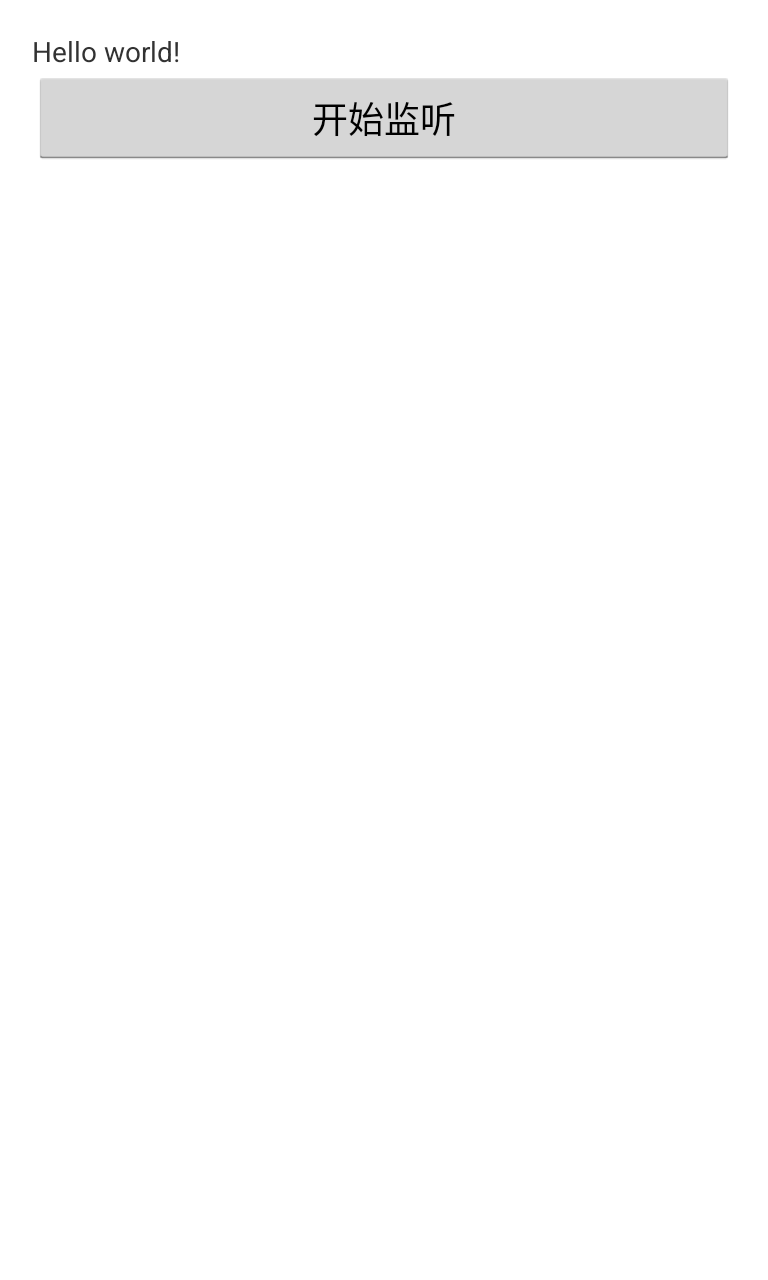
Repository: xfhy/Usually-learn-Android
Layout: Service 服务/2.电话监听器/res/layout/activity_main.xml
The author's editor kept a copy of each file at every save. The layout is drawn from the files as they stood at one save, then again after the next save.
It is drawn on a 768 x 1280 px phone screen (xhdpi) without system bars, with theme AppTheme; the app's code is not run.

Above is the layout before, as saved 2017-01-29 09:55:55.

After the next save:
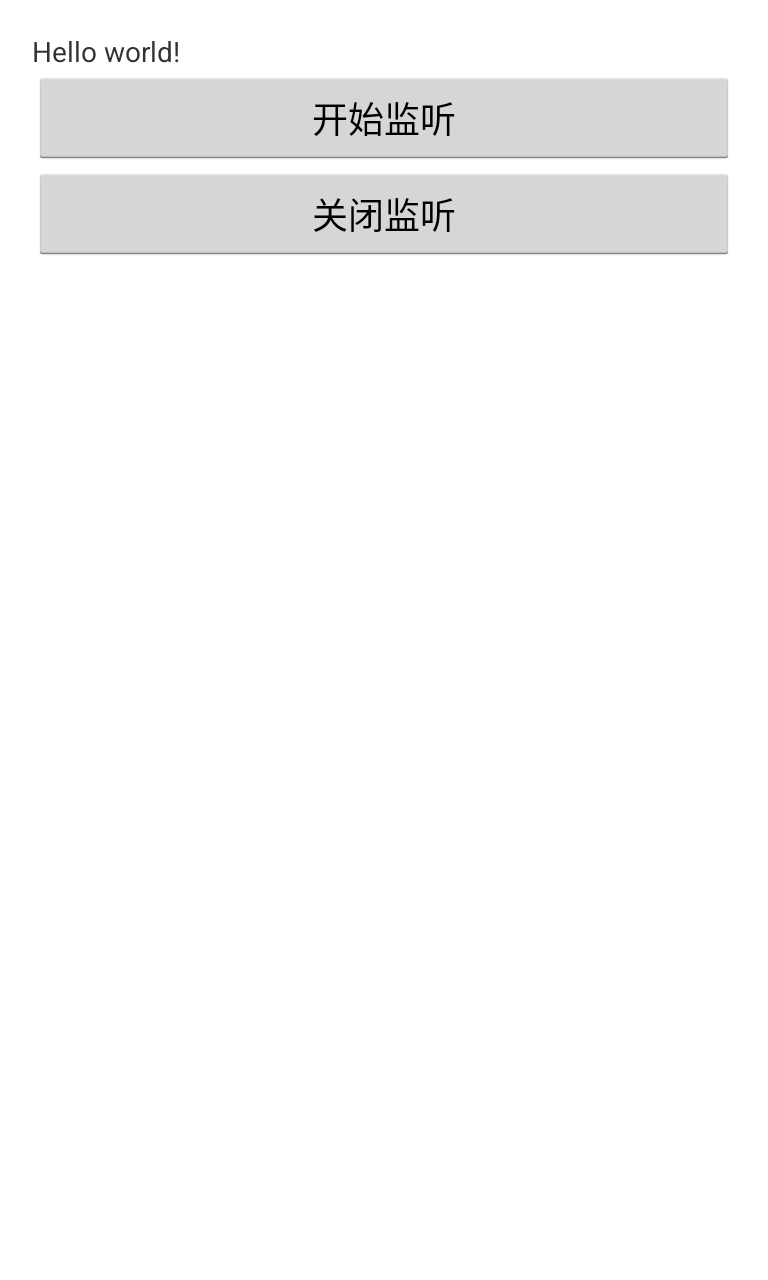
Saved 9 min 2 s later.
--- a/Service 服务/2.电话监听器/res/layout/activity_main.xml
+++ b/Service 服务/2.电话监听器/res/layout/activity_main.xml
@@ -20,4 +20,10 @@
         android:layout_height="wrap_content"
         android:text="开始监听"/>
 
+    <Button
+        android:id="@+id/bt_stop"
+        android:layout_width="fill_parent"
+        android:layout_height="wrap_content"
+        android:text="关闭监听"/>
+
 </LinearLayout>
